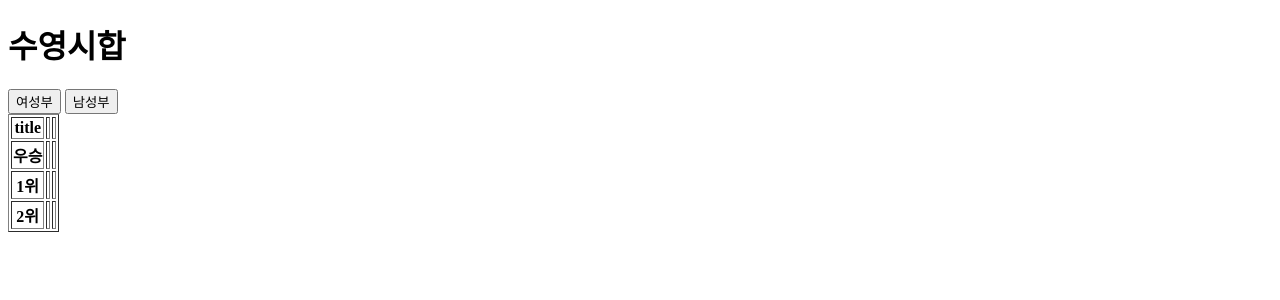
Repository: jeongho97/JQuery
Page: JQuery기본2/WebContent/JQuery_table데이터추가.html
An editor plug-in stored every save of this project. The page is shown before and after the next save, followed by the edit.
The browser window is 1280 px wide. The pictures show the whole page.

Above is the page before, as saved 2022-05-13 02:43:01.

After the next save:
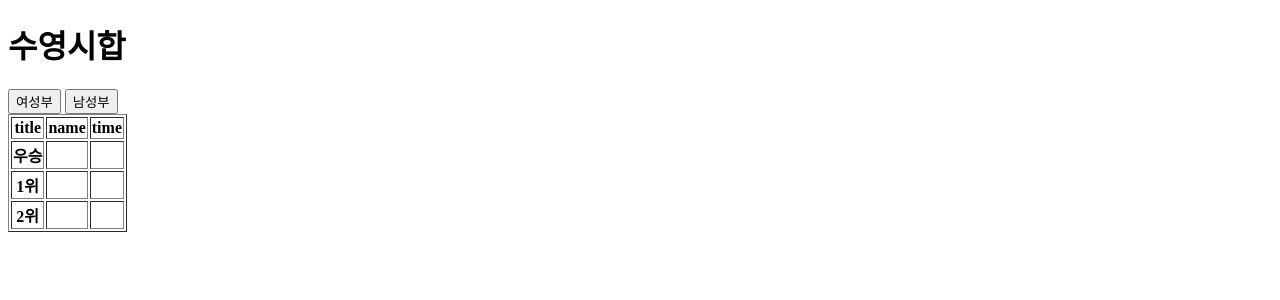
Saved 24 s later.
--- a/JQuery기본2/WebContent/JQuery_table데이터추가.html
+++ b/JQuery기본2/WebContent/JQuery_table데이터추가.html
@@ -15,8 +15,8 @@
 <table border="1">
 <tr>
 	<th>title</th>
-	<th></th>
-	<th></th>
+	<th>name</th>
+	<th>time</th>
 </tr>
 <tr>
 	<th>우승</th>
